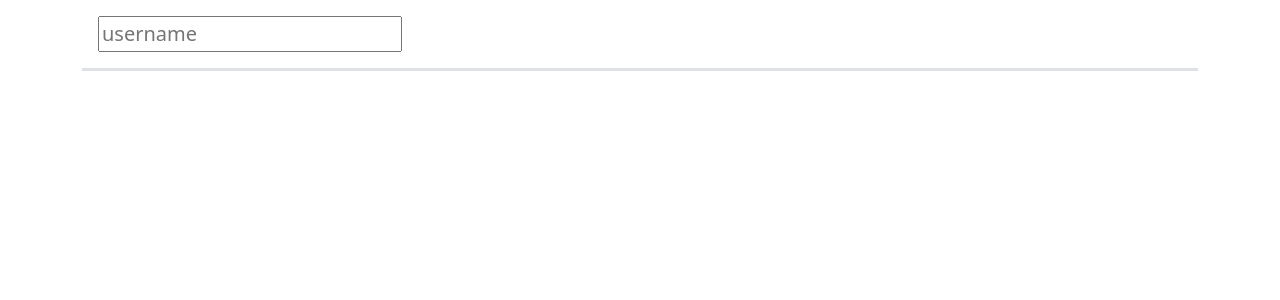
Repository: CSCI201-G32/StudyGroups
Page: / (app in react-chat/)
The author's editor kept a copy of each file at every save. The page is drawn from the files as they stood at one save, then again after the next save.
The browser window is 1280 px wide. The pictures show the whole page.
The project was rebuilt for these pictures with package versions that can differ from the ones it lists, and the page was loaded fresh each time. Also part of the build but not shown: react-chat/src/index.css.

Above is the page before, as saved 2023-11-16 08:00:01.

### react-chat/src/App.js
import {useState} from "react";

function App() {
  const[username, setUsername] = useState([]);
  const[messages, setMessages] = useState([])
  return (
    <div className="container">
      <div className="d-flex flex-column align-items-stretch flex-shrink-0 bg-white">
        <div
        className="d-flex align-items-center flex-shrink-0 p-3 link-dark text-decoration-none border-bottom">
          <input className="fs-5 fw-semibold" placeholder="username" value={username} onChange={e => setUsername(e.target.value)}/>
        </div>
      <div className="list-group list-group-flush border bottom scrollarea">
        {messages.map(message => {
          return(
            <div className="list-group-item list-group-item-action py-3 lh-tight">
              <div className="d-flex w-100 align-items-center justify-content-between">
                <strong className="mb-1">{message.username}</strong>
              </div>
              <div className="col-10 mb-1 small">{message.message}</div>
            </div>
          )
        })}
      </div>
      </div>
    </div>
  );
}

export default App;

Loaded but not shown: react-chat/public/index.html (common file); react-chat/src/index.js (common file); react-chat/src/reportWebVitals.js (common file)

After the next save:
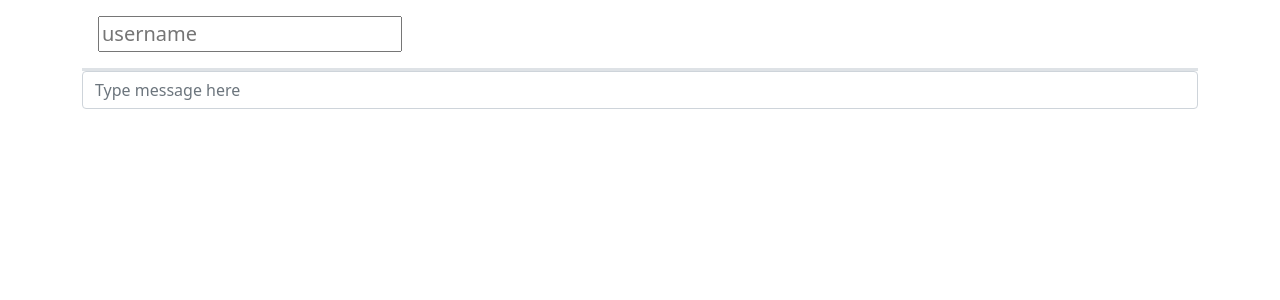
Saved 42 s later.
--- a/react-chat/src/App.js
+++ b/react-chat/src/App.js
@@ -23,6 +23,9 @@ function App() {
         })}
       </div>
       </div>
+      <form>
+        <input className="form-control" placeholder="Type message here"/>
+      </form>
     </div>
   );
 }
